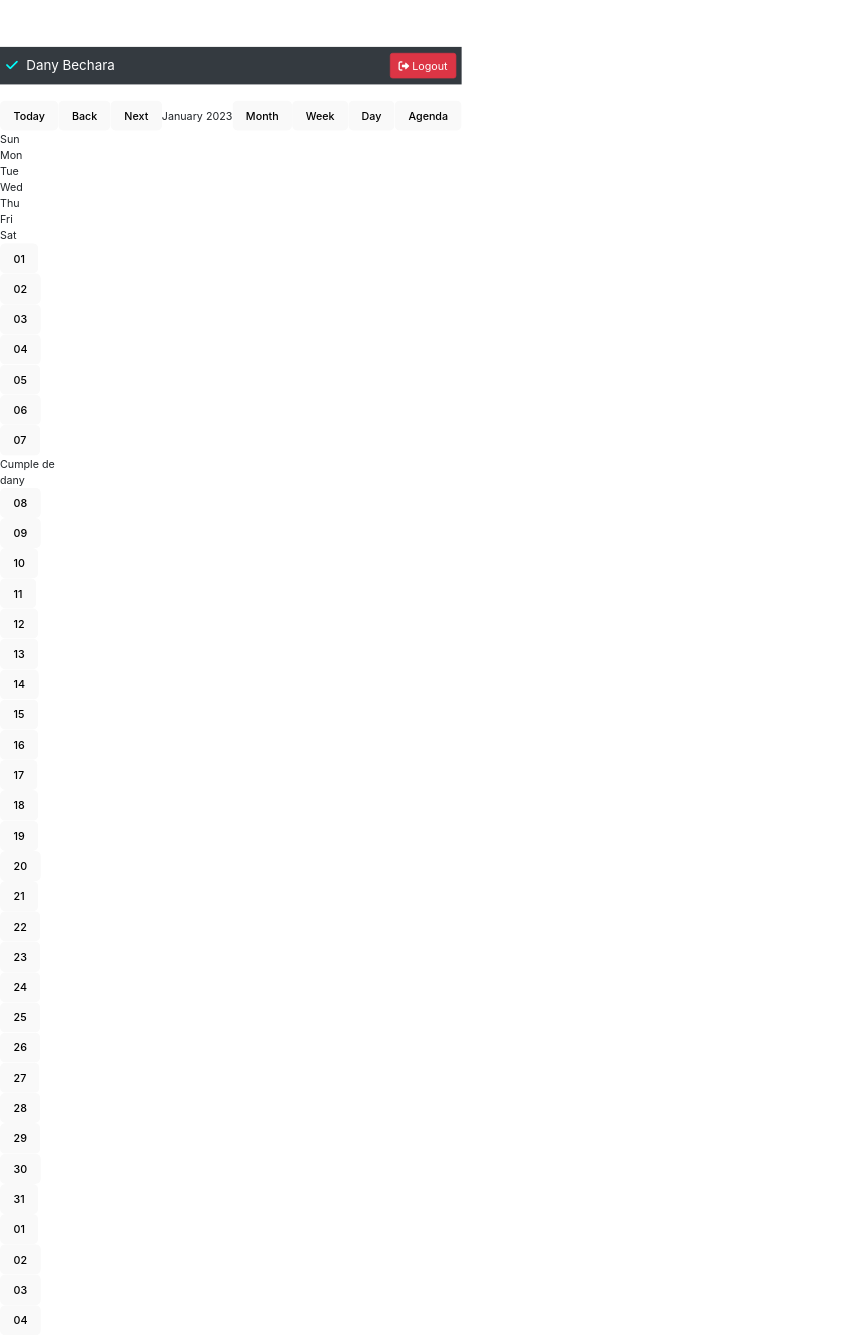
Repository: bechara611/calendar-frontend
Page: /
These files come from the project's save history. The page is drawn as it stood at one moment and after the next save; the edit follows.
The browser window is 1280 px wide. The pictures show the whole page, at 67% of full size.
The project was rebuilt for these pictures with package versions that can differ from the ones it lists, and the page was loaded fresh each time. Also part of the build but not shown: vite.config.js. Imported but missing from the stored project, and not drawn on this page: src/auth.

Above is the page before, as saved 2023-01-04 14:42:38.

After the next save:
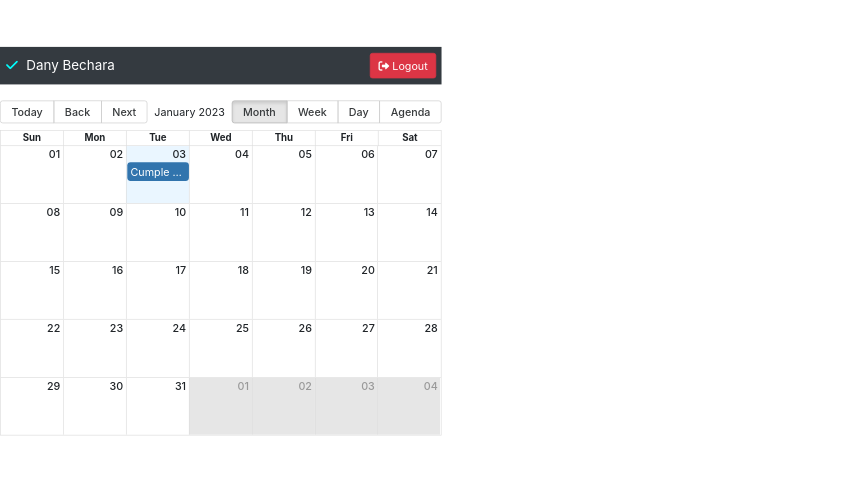
Saved 44 s later.
--- a/src/calendar/pages/CalendarPages.jsx
+++ b/src/calendar/pages/CalendarPages.jsx
@@ -1,5 +1,6 @@
 import { addHours,format,parse,startOfWeek,getDay} from 'date-fns'
 import enUS from 'date-fns/locale/en-US'
+import 'react-big-calendar/lib/css/react-big-calendar.css'
 import React from 'react'
 import { Calendar, dateFnsLocalizer } from 'react-big-calendar'
 import { NavBar } from '../components/NavBar'
